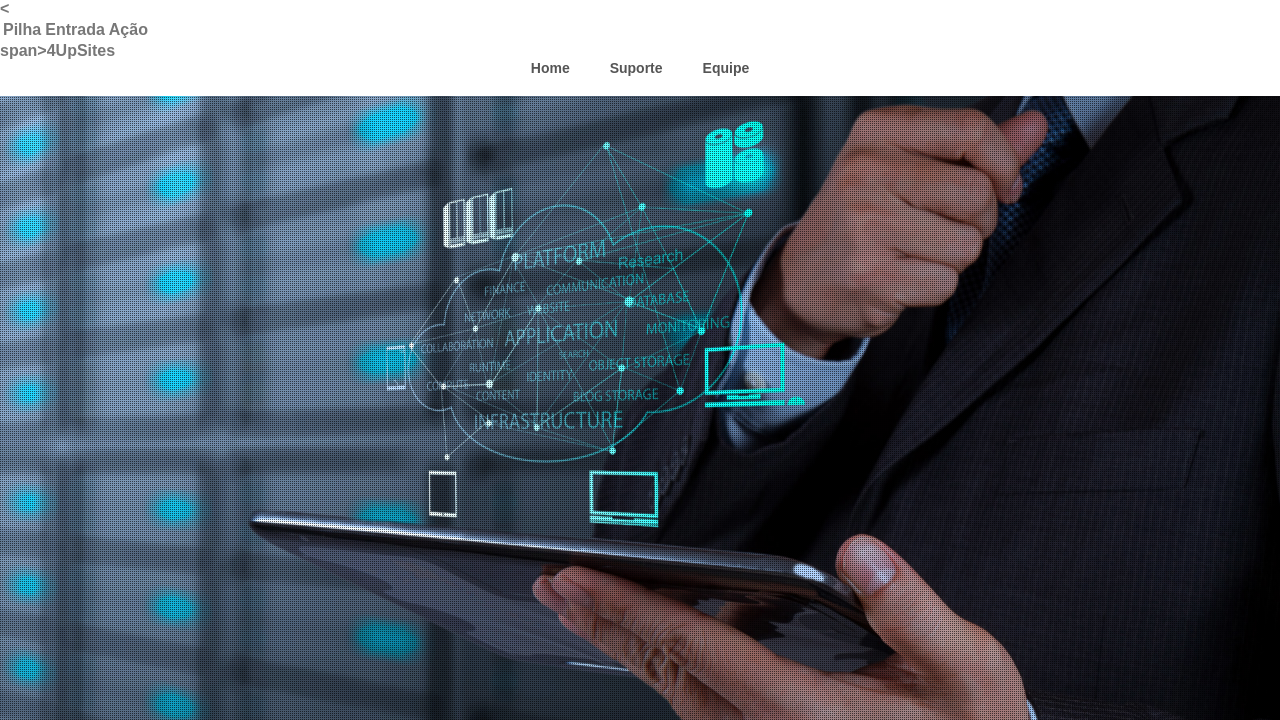
Repository: 4UPsites/publish
Page: index.html
The author's editor kept a record of every edit. The page is drawn from the files as they stood at one moment, then again after the next edit.
The browser window is 1280 px wide. The pictures show the window.
A layer covers the whole window, so only the first screen is drawn. Some web fonts or font styles are not loaded; a fallback is used. Some web libraries are served in a nearby version.

Above is the page before.

After the next edit:
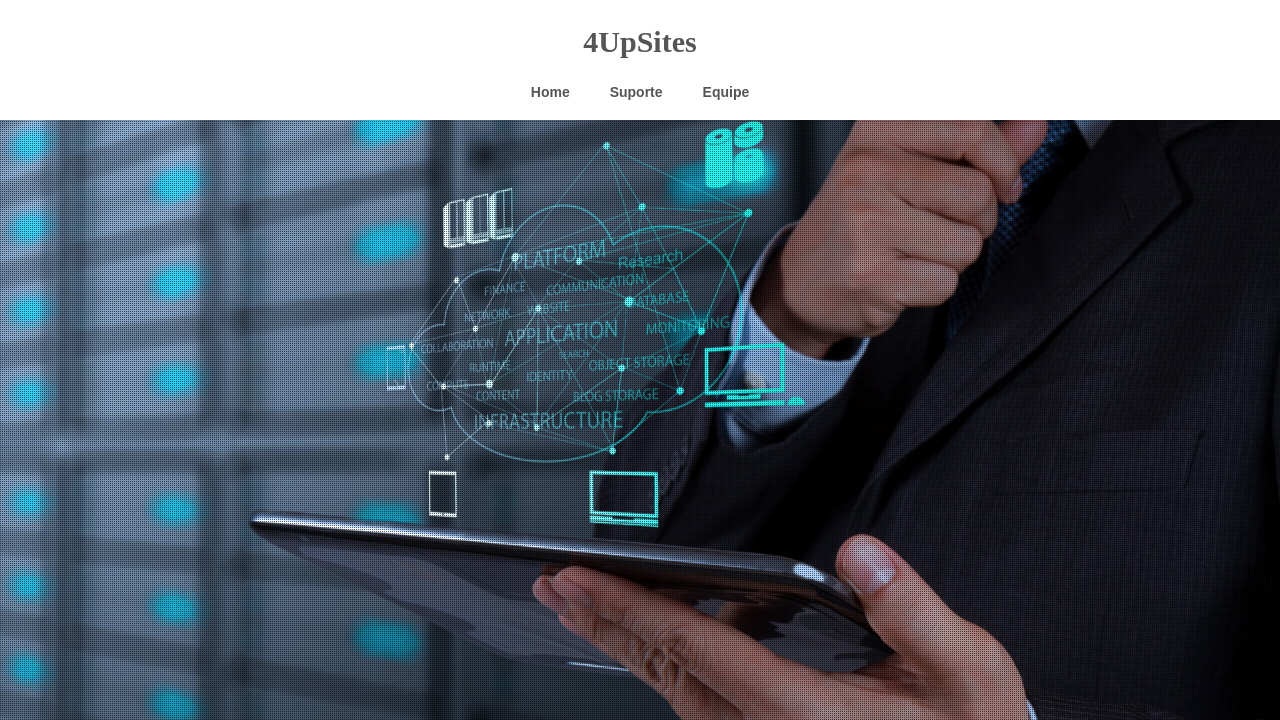
The edit:
--- a/index.html
+++ b/index.html
@@ -22,23 +22,7 @@
 
 		<header>
 			<nav>
-				<
-
-					<div class="panel panel-default pilha">
-						<!-- Table -->
-						<table class="table">
-						<thead>
-							<tr>
-								<th>Pilha</th>
-								<th>Entrada</th>
-								<th>Ação</th>
-							</tr>
-						</thead>
-						<tbody class="tablePilha">
-							<!-- load In javascript !-->
-						</tbody>
-						</table>
-					</div>  span>4UpSites</span>
+				<span>4UpSites</span>
 				<ul>
 					<li><a class="active" href="index.html">Home</a></li>
 					<li><a onclick="popupShow();" class="in_scroll">Suporte</a></li>
